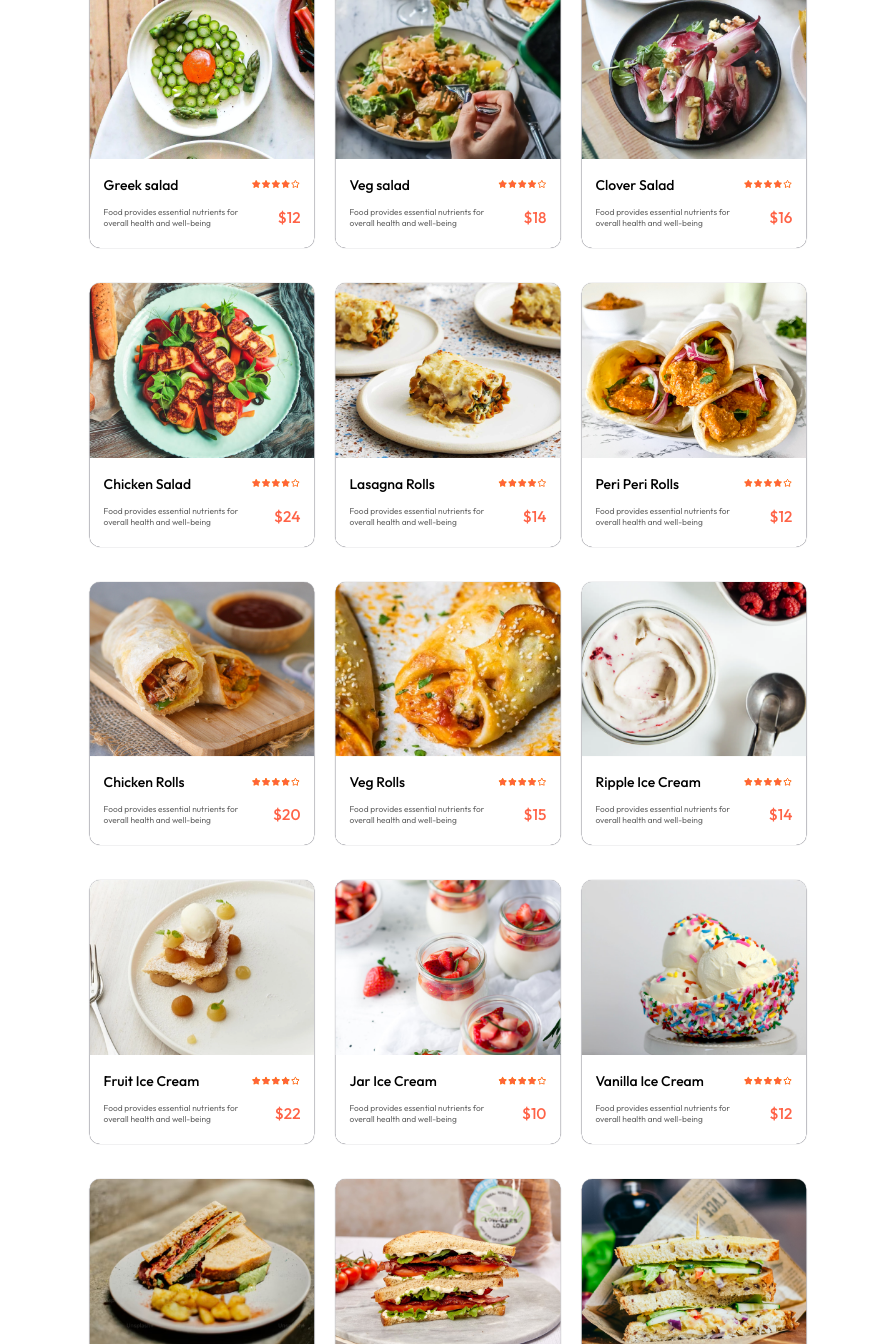
Repository: guilhermecardoso93/tomato-front-end
Page: /
These files come from the project's save history. The page is drawn as it stood at one moment and after the next save; the edit follows.
The browser window is 1280 px wide. The pictures show the part of the page from y = 1016 to 2936 px (the page is 5639 px tall before and 6233 px after), at 70% of full size.
The project was rebuilt for these pictures with package versions that can differ from the ones it lists, and the page was loaded fresh each time. Also part of the build but not shown: vite.config.js, src/pages/Cart/styles.css, src/pages/Cart/index.jsx, src/pages/PlaceOrder/styles.css, src/pages/PlaceOrder/index.jsx.

Above is the page before, as saved 2024-10-30 19:41:47.

### index.html
<!doctype html>
<html lang="en">

<head>
    <meta charset="UTF-8" />
    <link rel="icon" type="image/svg+xml" href="" />
    <link rel="preconnect" href="https://fonts.googleapis.com">
    <link rel="preconnect" href="https://fonts.gstatic.com" crossorigin>
    <link href="https://fonts.googleapis.com/css2?family=Inter:ital,opsz,wght@0,14..32,100..900;1,14..32,100..900&family=Outfit:wght@100..900&display=swap" rel="stylesheet">
    <meta name="viewport" content="width=device-width, initial-scale=1.0" />
    <title>Tomato</title>
</head>

<body>
    <div id="root"></div>
    <script type="module" src="/src/main.jsx"></script>
</body>

</html>

### src/main.jsx
import { StrictMode } from "react";
import { createRoot } from "react-dom/client";
import "./index.css";
import { App } from "./App.jsx";
import { BrowserRouter } from "react-router-dom";
import StoreContextProvider from "./context/StoreContext.jsx";

createRoot(document.getElementById("root")).render(
  <BrowserRouter>
    <StoreContextProvider>
      <App />
    </StoreContextProvider>
  </BrowserRouter>
);

### src/index.css
* {
  padding: 0;
  margin: 0;
  box-sizing: border-box;
}

body {
  min-height: 100vh;
  font-family: "Outfit", sans-serif;
}

a {
  text-decoration: none;
  color: inherit;
}

.app {
  width: 80%;
  margin: auto;
}

@keyframes fadeIn {
  0% {
    opacity: 0;
  }

  100% {
    opacity: 1;
  }
}

### src/App.jsx
import { Routes, Route } from "react-router-dom";
import { Navbar } from "./components/Navbar";

import { Home } from "./pages/Home";
import { Cart } from "./pages/Cart";
import { PlaceOrder } from "./pages/PlaceOrder";

export function App() {
  return (
    <div className="app">
      <Navbar />
      <Routes>
        <Route path="/" element={<Home />} />
        <Route path="/cart" element={<Cart />} />
        <Route path="/order" element={<PlaceOrder />} />
      </Routes>
    </div>
  );
}

### src/context/StoreContext.jsx
import { createContext } from "react";
import { food_list } from "../assets/assets";

export const StoreContext = createContext(null);

const StoreContextProvider = (props) => {
  const contextValue = {
    food_list,
  };

  return (
    <StoreContext.Provider value={contextValue}>
      {props.children}
    </StoreContext.Provider>
  );
};

export default StoreContextProvider;

### src/components/Navbar/index.jsx
import { useState } from "react";
import { assets } from "../../assets/assets";
import "./styles.css";

export const Navbar = () => {
  const [menu, setMenu] = useState("Home");

  return (
    <div className="navbar">
      <img src={assets.logo} alt="Logo" className="logo" />
      <ul className="navbar-menu">
        <li
          onClick={() => setMenu("Home")}
          className={menu === "Home" ? "active" : ""}
        >
          Home
        </li>
        <li
          onClick={() => setMenu("Menu")}
          className={menu === "Menu" ? "active" : ""}
        >
          Menu
        </li>
        <li
          onClick={() => setMenu("MobileApp")}
          className={menu === "MobileApp" ? "active" : ""}
        >
          MobileApp
        </li>
        <li
          onClick={() => setMenu("Contact Us")}
          className={menu === "Contact Us" ? "active" : ""}
        >
          Contact Us
        </li>
      </ul>
      <div className="navbar-right">
        <img src={assets.search_icon} alt="" />
        <div className="navbar-search-icon">
          <img src={assets.basket_icon} alt="" />
          <div className="dot"></div>
        </div>
        <button>sign in</button>
      </div>
    </div>
  );
};

### src/pages/Home/index.jsx
import { useState } from "react";
import { ExplorerMenu } from "../../components/ExplorerMenu";
import { Header } from "../../components/Header";
import "./styles.css";
import { FoodDisplay } from "../../components/FoodDisplay/Index";

export const Home = () => {
  const [category, setCategory] = useState("All");

  return (
    <div>
      <Header />
      <ExplorerMenu category={category} setCategory={setCategory} />
      <FoodDisplay category={category} />
    </div>
  );
};

### src/assets/assets.js
import basket_icon from './icons/basket_icon.png'
import logo from './logo.png'
import header_img from './header_img.png'
import search_icon from './icons/search_icon.png'
import menu_1 from './menu/menu_1.png'
import menu_2 from './menu/menu_2.png'
import menu_3 from './menu/menu_3.png'
import menu_4 from './menu/menu_4.png'
import menu_5 from './menu/menu_5.png'
import menu_6 from './menu/menu_6.png'
import menu_7 from './menu/menu_7.png'
import menu_8 from './menu/menu_8.png'

import food_1 from './food/food_1.png'
import food_2 from './food/food_2.png'
import food_3 from './food/food_3.png'
import food_4 from './food/food_4.png'
import food_5 from './food/food_5.png'
import food_6 from './food/food_6.png'
import food_7 from './food/food_7.png'
import food_8 from './food/food_8.png'
import food_9 from './food/food_9.png'
import food_10 from './food/food_10.png'
import food_11 from './food/food_11.png'
import food_12 from './food/food_12.png'
import food_13 from './food/food_13.png'
import food_14 from './food/food_14.png'
import food_15 from './food/food_15.png'
import food_16 from './food/food_16.png'
import food_17 from './food/food_17.png'
import food_18 from './food/food_18.png'
import food_19 from './food/food_19.png'
import food_20 from './food/food_20.png'
import food_21 from './food/food_21.png'
import food_22 from './food/food_22.png'
import food_23 from './food/food_23.png'
import food_24 from './food/food_24.png'
import food_25 from './food/food_25.png'
import food_26 from './food/food_26.png'
import food_27 from './food/food_27.png'
import food_28 from './food/food_28.png'
import food_29 from './food/food_29.png'
import food_30 from './food/food_30.png'
import food_31 from './food/food_31.png'
import food_32 from './food/food_32.png'

import add_icon_white from './icons/add_icon_white.png'
import add_icon_green from './icons/add_icon_green.png'
import remove_icon_red from './icons/remove_icon_red.png'
import app_store from './icons/app_store.png'
import play_store from './icons/play_store.png'
import linkedin_icon from './icons/linkedin_icon.png'
import facebook_icon from './icons/facebook_icon.png'
import twitter_icon from './icons/twitter_icon.png'
import cross_icon from './icons/cross_icon.png'
import selector_icon from './icons/selector_icon.png'
import rating_starts from './icons/rating_starts.png'
import profile_icon from './icons/profile_icon.png'
import bag_icon from './icons/bag_icon.png'
import logout_icon from './icons/logout_icon.png'
import parcel_icon from './icons/parcel_icon.png'

export const assets = {
    logo,
    basket_icon,
    header_img,
    search_icon,
    rating_starts,
    add_icon_green,
    add_icon_white,
    remove_icon_red,
    app_store,
    play_store,
    linkedin_icon,
    facebook_icon,
    twitter_icon,
    cross_icon,
    selector_icon,
    profile_icon,
    logout_icon,
    bag_icon,
    parcel_icon
}

export const menu_list = [
    {
        menu_name: "Salad",
        menu_image: menu_1
    },
    {
        menu_name: "Rolls",
        menu_image: menu_2
    },
    {
        menu_name: "Deserts",
        menu_image: menu_3
    },
    {
        menu_name: "Sandwich",
        menu_image: menu_4
    },
    {
        menu_name: "Cake",
        menu_image: menu_5
    },
    {
        menu_name: "Pure Veg",
        menu_image: menu_6
    },
    {
        menu_name: "Pasta",
        menu_image: menu_7
    },
    {
        menu_name: "Noodles",
        menu_image: menu_8
    }]

export const food_list = [
    {
        _id: "1",
        name: "Greek salad",
        image: food_1,
        price: 12,
        description: "Food provides essential nutrients for overall health and well-being",
        category: "Salad"
    },
    {
        _id: "2",
        name: "Veg salad",
        image: food_2,
        price: 18,
        description: "Food provides essential nutrients for overall health and well-being",
        category: "Salad"
    }, {
        _id: "3",
        name: "Clover Salad",
        image: food_3,
        price: 16,
        description: "Food provides essential nutrients for overall health and well-being",
        category: "Salad"
    }, {
        _id: "4",
        name: "Chicken Salad",
        image: food_4,
        price: 24,
        description: "Food provides essential nutrients for overall health and well-being",
        category: "Salad"
    }, {
        _id: "5",
        name: "Lasagna Rolls",
        image: food_5,
        price: 14,
        description: "Food provides essential nutrients for overall health and well-being",
        category: "Rolls"
    }, {
        _id: "6",
        name: "Peri Peri Rolls",
        image: food_6,
        price: 12,
        description: "Food provides essential nutrients for overall health and well-being",
        category: "Rolls"
    }, {
        _id: "7",
        name: "Chicken Rolls",
        image: food_7,
        price: 20,
        description: "Food provides essential nutrients for overall health and well-being",
        category: "Rolls"
    }, {
        _id: "8",
        name: "Veg Rolls",
        image: food_8,
        price: 15,
        description: "Food provides essential nutrients for overall health and well-being",
        category: "Rolls"
    }, {
        _id: "9",
        name: "Ripple Ice Cream",
        image: food_9,
        price: 14,
        description: "Food provides essential nutrients for overall health and well-being",
        category: "Deserts"
    }, {
        _id: "10",
        name: "Fruit Ice Cream",
        image: food_10,
        price: 22,
        description: "Food provides essential nutrients for overall health and well-being",
        category: "Deserts"
    }, {
        _id: "11",
        name: "Jar Ice Cream",
        image: food_11,
        price: 10,
        description: "Food provides essential nutrients for overall health and well-being",
        category: "Deserts"
    }, {
        _id: "12",
        name: "Vanilla Ice Cream",
        image: food_12,
        price: 12,
        description: "Food provides essential nutrients for overall health and well-being",
        category: "Deserts"
    },
    {
        _id: "13",
        name: "Chicken Sandwich",
        image: food_13,
        price: 12,
        description: "Food provides essential nutrients for overall health and well-being",
        category: "Sandwich"
    },
    {
        _id: "14",
        name: "Vegan Sandwich",
        image: food_14,
        price: 18,
        description: "Food provides essential nutrients for overall health and well-being",
        category: "Sandwich"
    }, {
        _id: "15",
        name: "Grilled Sandwich",
        image: food_15,
        price: 16,
        description: "Food provides essential nutrients for overall health and well-being",
        category: "Sandwich"
    }, {
        _id: "16",
        name: "Bread Sandwich",
        image: food_16,
        price: 24,
        description: "Food provides essential nutrients for overall health and well-being",
        category: "Sandwich"
    }, {
        _id: "17",
        name: "Cup Cake",
        image: food_17,
        price: 14,
        description: "Food provides essential nutrients for overall health and well-being",
        category: "Cake"
    }, {
        _id: "18",
        name: "Vegan Cake",
        image: food_18,
        price: 12,
        description: "Food provides essential nutrients for overall health and well-being",
        category: "Cake"
    }, {
        _id: "19",
        name: "Butterscotch Cake",
        image: food_19,
        price: 20,
        description: "Food provides essential nutrients for overall health and well-being",
        category: "Cake"
    }, {
        _id: "20",
        name: "Sliced Cake",
        image: food_20,
        price: 15,
        description: "Food provides essential nutrients for overall health and well-being",
        category: "Cake"
    }, {
        _id: "21",
        name: "Garlic Mushroom ",
        image: food_21,
        price: 14,
        description: "Food provides essential nutrients for overall health and well-being",
        category: "Pure Veg"
    }, {
        _id: "22",
        name: "Fried Cauliflower",
        image: food_22,
        price: 22,
        description: "Food provides essential nutrients for overall health and well-being",
        category: "Pure Veg"
    }, {
        _id: "23",
        name: "Mix Veg Pulao",
        image: food_23,
        price: 10,
        description: "Food provides essential nutrients for overall health and well-being",
        category: "Pure Veg"
    }, {
        _id: "24",
        name: "Rice Zucchini",
        image: food_24,
        price: 12,
        description: "Food provides essential nutrients for overall health and well-being",
        category: "Pure Veg"
    },
    {
        _id: "25",
        name: "Cheese Pasta",
        image: food_25,
        price: 12,
        description: "Food provides essential nutrients for overall health and well-being",
        category: "Pasta"
    },
    {
        _id: "26",
        name: "Tomato Pasta",
        image: food_26,
        price: 18,
        description: "Food provides essential nutrients for overall health and well-being",
        category: "Pasta"
    }, {
        _id: "27",
        name: "Creamy Pasta",
        image: food_27,
        price: 16,
        description: "Food provides essential nutrients for overall health and well-being",
        category: "Pasta"
    }, {
        _id: "28",
        name: "Chicken Pasta",
        image: food_28,
        price: 24,
        description: "Food provides essential nutrients for overall health and well-being",
        category: "Pasta"
    }, {
        _id: "29",
        name: "Buttter Noodles",
        image: food_29,
        price: 14,
        description: "Food provides essential nutrients for overall health and well-being",
        category: "Noodles"
    }, {
        _id: "30",
        name: "Veg Noodles",
        image: food_30,
        price: 12,
        description: "Food provides essential nutrients for overall health and well-being",
        category: "Noodles"
    }, {
        _id: "31",
        name: "Somen Noodles",
        image: food_31,
        price: 20,
        description: "Food provides essential nutrients for overall health and well-being",
        category: "Noodles"
    }, {
        _id: "32",
        name: "Cooked Noodles",
        image: food_32,
        price: 15,
        description: "Food provides essential nutrients for overall health and well-being",
        category: "Noodles"
    }
]

### src/components/Navbar/styles.css
.navbar {
  padding: 20px 0;
  display: flex;
  justify-content: space-between;
  align-items: center;
}

.navbar .logo {
  width: 150px;
}

.navbar-menu {
  display: flex;
  list-style: none;
  gap: 10px;
  color: #49557c;
  font-size: 18px;
}

.navbar li {
  cursor: pointer
}

.navbar-right {
  display: flex;
  align-items: center;
  gap: 40px;
}

.navbar button {
  background: transparent;
  font-size: 16px;
  color: #49557c;
  border: 1px solid tomato;
  padding: 10px 30px;
  border-radius: 50px;
  cursor: pointer;
  transition: 0.3s;
}

.navbar button:hover {
  background: #fff4f2;
}

.navbar .active {
  padding-bottom: 2px;
  border-bottom: 2px solid #49557c;
}

.navbar-search-icon {
  position: relative;
}

.navbar-search-icon .dot {
  position: absolute;
  min-height: 10px;
  min-width: 10px;
  background-color: tomato;
  border-radius:  5px;
  top: -8px;
  right: -8px;
}

### src/components/ExplorerMenu/index.jsx
import { menu_list } from "../../assets/assets";

import "./styles.css";

export const ExplorerMenu = ({ category, setCategory }) => {
  return (
    <div className="explorer-menu" id="explore-menu">
      <h1>Explore our menu</h1>
      <p className="explore-menu-text">
        Choose from a diverse menu featuring a delectable arrays os dishes
        crafted with the finest ingredients and culinary expertise. Our mission
        is to satisfy your cravings and elevate your dining experience, one
        delicious meal at a time.
      </p>
      <div className="explore-menu-list">
        {menu_list.map((item, index) => {
          return (
            <div
              className="explore-menu-list-item"
              key={index}
              onClick={() =>
                setCategory((prev) =>
                  prev === item.menu_name ? "All" : item.menu_name
                )
              }
            >
              <img
                src={item.menu_image}
                alt=""
                className={category === item.menu_name ? "active" : ""}
              />
              <p className={category === item.menu_name ? "active-text" : ""}>
                {item.menu_name}
              </p>
            </div>
          );
        })}
      </div>
      <hr />
    </div>
  );
};

### src/components/Header/index.jsx
import "./styles.css";

export const Header = () => {
  return (
    <div className="header">
      <div className="header-container">
        <h2>Oder your favorite food here</h2>
        <p>
          Choose from a diverse menu featuring a delectable arrays os dishes
          crafted with the finest ingredients and culinary expertise. Our
          mission is to satisfy your cravings and elevate your dining
          experience, one delicious meal at a time.
        </p>
        <button> View Menu</button>
      </div>
    </div>
  );
};

### src/components/FoodDisplay/Index.jsx
import { useContext } from "react";
import { StoreContext } from "../../context/StoreContext";
import { FoodItem } from "../FoodItem";

import "./styles.css";

export const FoodDisplay = ({ category }) => {
  const { food_list } = useContext(StoreContext);

  return (
    <div className="food-display" id="food-display">
      <h2>Top Dishes near you</h2>
      <div className="food-display-list">
        {food_list.map((item, index) => {
          return (
            <FoodItem
              key={index}
              id={item.id}
              name={item.name}
              description={item.description}
              price={item.price}
              image={item.image}
            />
          );
        })}
      </div>
    </div>
  );
};

### src/components/ExplorerMenu/styles.css
.explorer-menu {
  display: flex;
  flex-direction: column;
  gap: 1rem;
}

.explorer-menu h1 {
  color: #262626;
  font-size: 500;
}

.explore-menu-text {
  max-width: 60%;
  color: #808080;
}

.explore-menu-list {
  display: flex;
  justify-content: space-between;
  align-items: center;
  gap: 30px;
  text-align: center;
  margin: 20px 0px;
  overflow-x: scroll;
}

.explore-menu-list::-webkit-scrollbar {
  display: none;
}

.explore-menu-list img {
  width: 7.5vw;
  min-width: 80px;
  cursor: pointer;
  border-radius: 50%;
  transition: 0.2s;
}

.explore-menu-list p {
  margin-top: 10px;
  color: #747474;
  font-size: max(1.4vw, 16px);
  cursor: pointer;
}

.explore-menu hr {
  margin: 10px 0px;
  height: 2px;
  background: #e2e2e2;
  border: none;
}

.explore-menu-list .active {
  border: 4px solid tomato;
  padding: 2px;
}

.explore-menu-list .active-text {
  color: tomato;
}

### src/components/Header/styles.css
.header {
  height: 34vw;
  margin: 30px auto;
  background: url('../../assets/header_img.png') no-repeat;
  background-size: contain;
  position: relative;
}



.header-container {
  position: absolute;
  display: flex;
  flex-direction: column;
  align-items: start;
  padding: 20px;
  gap: 1.5vw;
  max-width: 52%;
  bottom: 10%;
  animation: fadeIn 3s;
}


.header-container h2 {
  font-weight: 500;
  color: #f2f2f2f2;
  font-size: max(4.5vw, 22px);
}


.header-container p {
  color: #f2f2f2f2;
  font-size: 1vw;
}


.header-container button {
  border: none;
  color: #747474;
  font-weight: 700;
  padding: 1vw 2.3vw;
  background: white;
  font-size: max(1vw, 13px);
  border-radius: 50px;
}

### src/components/FoodItem/index.jsx
import { useState } from "react";
import { assets } from "../../assets/assets";
import "./styles.css";

export const FoodItem = ({ id, name, price, description, image }) => {
  const [itemCount, setItemCount] = useState(0);

  return (
    <div className="food-item" id={id}>
      <div className="food-item-image-container">
        <img src={image} alt="" className="food-item-image" />
      </div>
      <div className="food-item-info">
        <div className="food-item-name-rating">
          <p>{name}</p>
          <img src={assets.rating_starts} alt="" />
        </div>
        <div className="food-item-prices">
          <p className="food-item-description">{description}</p>
          <p className="food-item-price">${price}</p>
        </div>
      </div>
    </div>
  );
};

### src/components/FoodDisplay/styles.css
.food-display {
  margin-top: 30px;
}

.food-display h2 {
  font-size: max(2vw, 24px);
  font-weight: 600;
}


.food-display-list {
  display: grid;
  grid-template-columns: repeat(auto-fill, minmax(240px, 1fr));
  margin-top: 30px;
  gap: 30px;
  row-gap: 50px;
}

### src/components/FoodItem/styles.css
.food-item {
  width: 100%;
  margin: auto;
  border-radius: 15px;
  box-shadow: 0px 0px 1px #000015;
  transition: 0.3s;
  animation: fadeIn 1s;
}

.food-item-image {
  width: 100%;
  border-radius: 15px 15px 0px 0px;
}

.food-item-info {
  padding: 20px;
}

.food-item-name-rating {
  display: flex;
  justify-content: space-between;
  align-items: center;
  margin-bottom: 10px;
}

.food-item-name-rating p {
  font-size: 20px;
  font-weight: 500;
}

.food-item-name-rating img {
  width: 70px;
}

.food-item-prices {
  display: flex;
  justify-content: space-between;
  align-items: center;
  gap: 10px;
}

.food-item-description {
  color: #676767;
  font-size: 12px;
  width: 75%;
}

.food-item-price {
  color: tomato;
  font-size: 22px;
  font-weight: 500;
  margin: 10px 0;
}

Loaded but not shown: src/pages/Home/styles.css (no stored copy; drawn as an empty file)

After the next save:
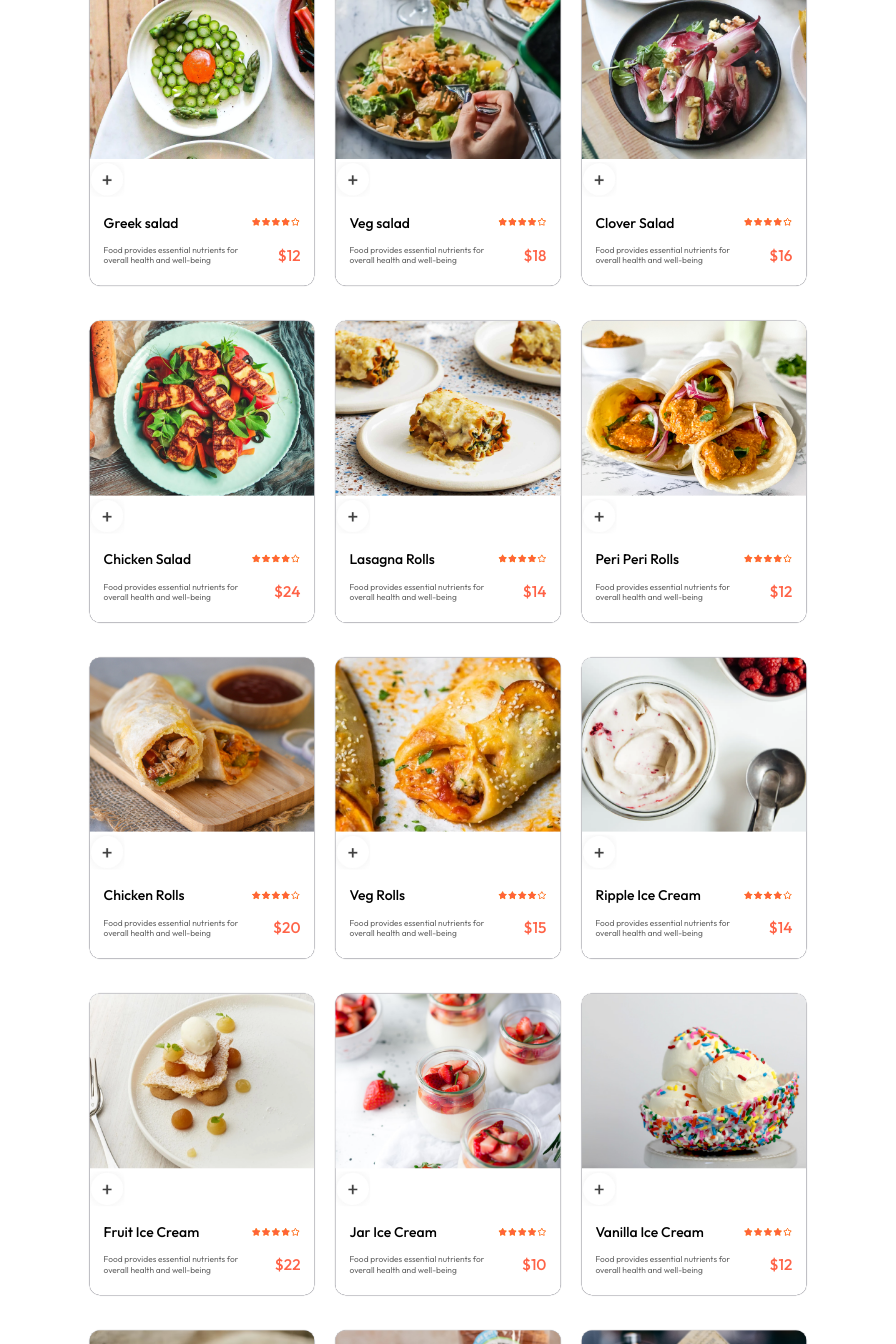
Saved 2 min 18 s later.
--- a/src/components/FoodItem/index.jsx
+++ b/src/components/FoodItem/index.jsx
@@ -9,6 +9,15 @@ export const FoodItem = ({ id, name, price, description, image }) => {
     <div className="food-item" id={id}>
       <div className="food-item-image-container">
         <img src={image} alt="" className="food-item-image" />
+        {!itemCount ? (
+          <img
+            src={assets.add_icon_white} alt=""
+            className='add'
+            onClick={() => setItemCount(prev >= prev +1)}
+          />
+        ) : (
+          <div className="food-item-counter"></div>
+        )}
       </div>
       <div className="food-item-info">
         <div className="food-item-name-rating">
